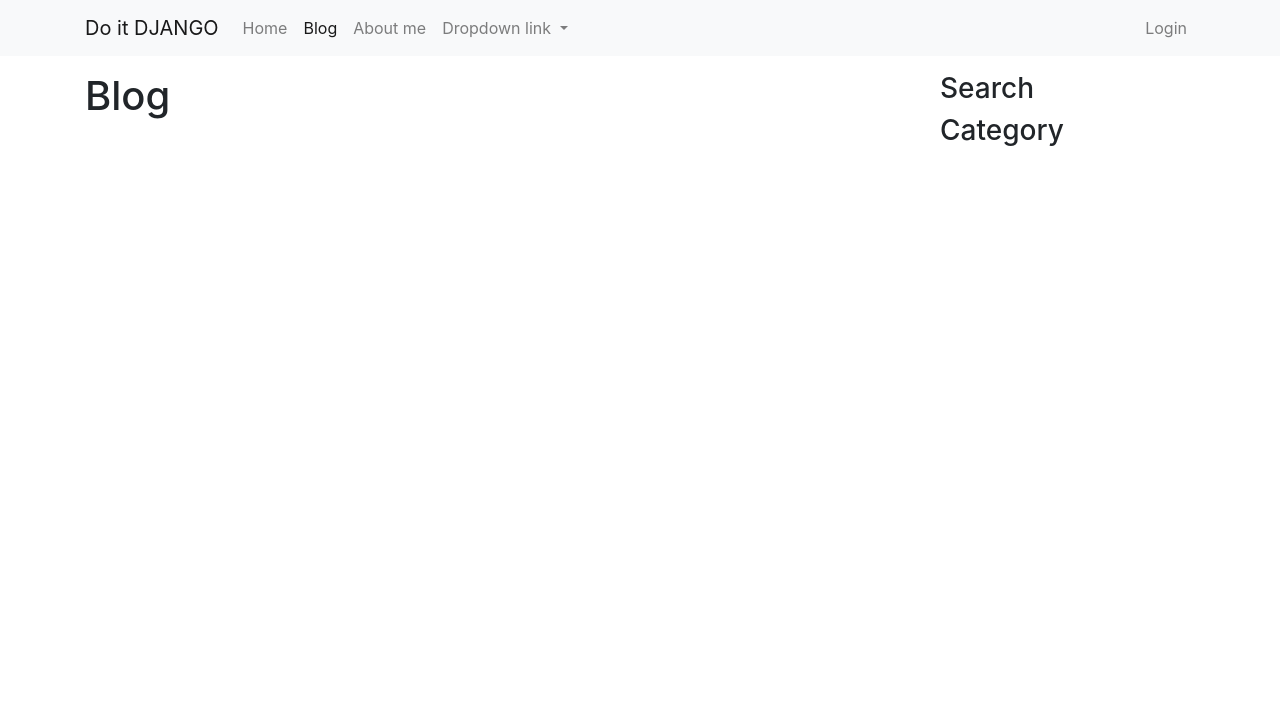
Repository: lwygold/do_it_ft
Page: blog_list.html
These files come from the project's save history. The page is drawn as it stood at one moment and after the next save; the edit follows.
The browser window is 1280 px wide. The pictures show the whole page.

Above is the page before, as saved 2021-08-11 21:20:58.

### blog_list.html
<!DOCTYPE html>
<html lang="en">
<head>
    <meta charset="UTF-8">
    <meta http-equiv="X-UA-Compatible" content="IE=edge">
    <meta name="viewport" content="width=device-width, initial-scale=1.0">
    <link rel="stylesheet" href="https://cdn.jsdelivr.net/npm/bootstrap@4.6.0/dist/css/bootstrap.min.css"
        integrity="sha384-B0vP5xmATw1+K9KRQjQERJvTumQW0nPEzvF6L/Z6nronJ3oUOFUFpCjEUQouq2+l" crossorigin="anonymous">
    <link rel="stylesheet" href="./sub.css" type="text/css" />
    <title>About Me</title>
</head>
<body>

    <nav class="navbar navbar-expand-lg navbar-light bg-light">
        <div class="container">

            <a class="navbar-brand" href="#">Do it DJANGO</a>
            <button class="navbar-toggler" type="button" data-toggle="collapse" data-target="#navbarNavDropdown"
                aria-controls="navbarNavDropdown" aria-expanded="false" aria-label="Toggle navigation">
                <span class="navbar-toggler-icon"></span>
            </button>
            <div class="collapse navbar-collapse" id="navbarNavDropdown">
                <ul class="navbar-nav">
                    <li class="nav-item">
                        <a class="nav-link" href="./index.html">Home <span class="sr-only">(current)</span></a>
                    </li>
                    <li class="nav-item active">
                        <a class="nav-link" href="./blog_list.html">Blog</a>
                    </li>
                    <li class="nav-item">
                        <a class="nav-link" href="./about_me.html">About me</a>
                    </li>
                    <li class="nav-item dropdown">
                        <a class="nav-link dropdown-toggle" href="#" id="navbarDropdownMenuLink" role="button"
                            data-toggle="dropdown" aria-haspopup="true" aria-expanded="false">
                            Dropdown link
                        </a>
                        <div class="dropdown-menu" aria-labelledby="navbarDropdownMenuLink">
                            <a class="dropdown-item" href="#">Action</a>
                            <a class="dropdown-item" href="#">Another action</a>
                            <a class="dropdown-item" href="#">Something else here</a>
                        </div>
                    </li>
                </ul>
                <ul class="navbar-nav ml-auto">
                    <li class="nav-item">
                        <a class="nav-link" href="#">Login <span class="sr-only">(current)</span></a>
                    </li>
                </ul>

            </div>
        </div>
    </nav>

    <div class="container">
        <div class="row my-3">
            <div class="col-md-8 col-lg-9">
                <h1>Blog</h1>



            </div>
            <div class="col-md-4 col-lg-3">
                <h3>Search</h3>
                <h3>Category</h3>
            </div>
        </div>

    </div>

    <script src="https://code.jquery.com/jquery-3.5.1.slim.min.js"
        integrity="sha384-DfXdz2htPH0lsSSs5nCTpuj/zy4C+OGpamoFVy38MVBnE+IbbVYUew+OrCXaRkfj"
        crossorigin="anonymous"></script>
    <script src="https://cdn.jsdelivr.net/npm/bootstrap@4.6.0/dist/js/bootstrap.bundle.min.js"
        integrity="sha384-Piv4xVNRyMGpqkS2by6br4gNJ7DXjqk09RmUpJ8jgGtD7zP9yug3goQfGII0yAns"
        crossorigin="anonymous"></script>

</body>
</html>

### sub.css
.container {
    width:1920px;
    margin:0 auto;

}

After the next save:
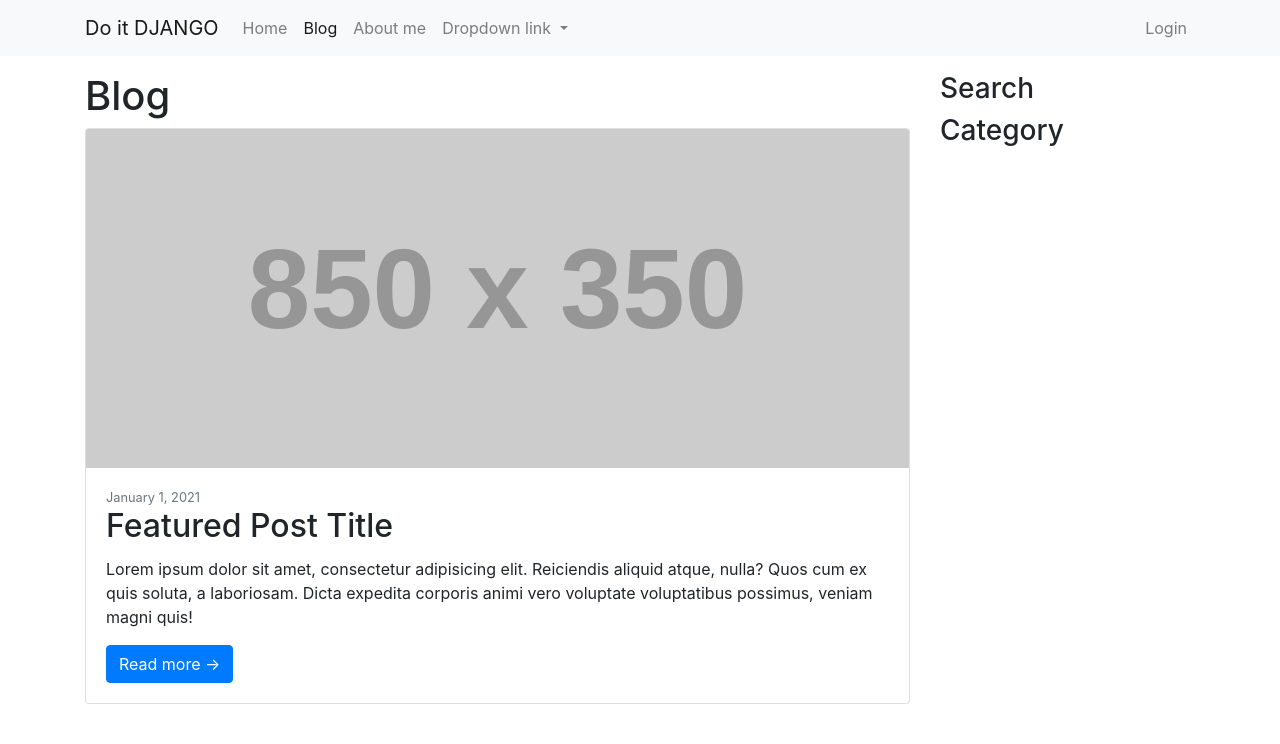
Saved 54 s later.
--- a/blog_list.html
+++ b/blog_list.html
@@ -57,7 +57,15 @@
             <div class="col-md-8 col-lg-9">
                 <h1>Blog</h1>
 
-
+                <div class="card mb-4">
+                    <a href="#!"><img class="card-img-top" src="https://dummyimage.com/850x350/dee2e6/6c757d.jpg" alt="..."></a>
+                    <div class="card-body">
+                        <div class="small text-muted">January 1, 2021</div>
+                        <h2 class="card-title">Featured Post Title</h2>
+                        <p class="card-text">Lorem ipsum dolor sit amet, consectetur adipisicing elit. Reiciendis aliquid atque, nulla? Quos cum ex quis soluta, a laboriosam. Dicta expedita corporis animi vero voluptate voluptatibus possimus, veniam magni quis!</p>
+                        <a class="btn btn-primary" href="#!">Read more →</a>
+                    </div>
+                </div>
 
             </div>
             <div class="col-md-4 col-lg-3">
